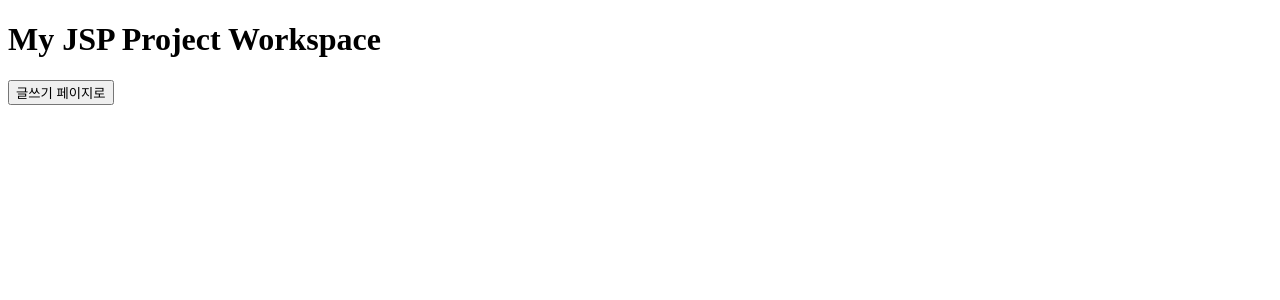
Repository: gajami-kim/240430_JSPJSTL_Study
Page: http://localhost/jsp_study2/
An editor plug-in stored every save of this project. The page is shown before and after the next save, followed by the edit.
The browser window is 1280 px wide. The pictures show the whole page.
The page is served by Tomcat 9.

Above is the page before, as saved 2024-04-16 06:26:30.

After the next save:
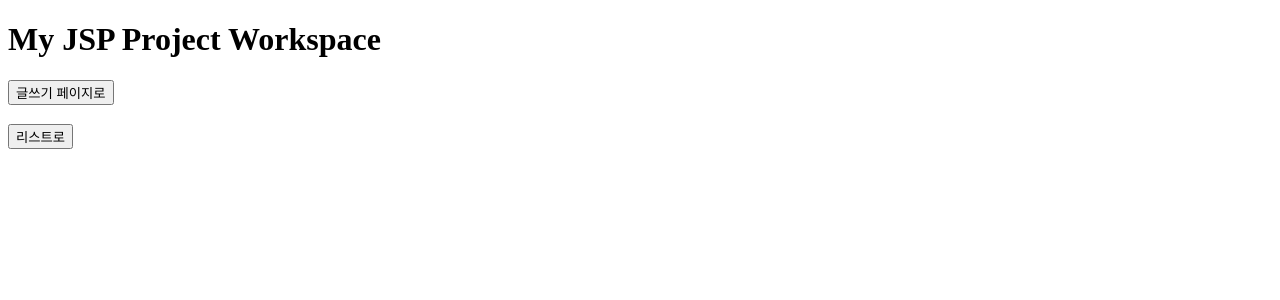
Saved 101 s later.
--- a/_jsp_workspace2/jsp_study2/src/main/webapp/index.jsp
+++ b/_jsp_workspace2/jsp_study2/src/main/webapp/index.jsp
@@ -9,5 +9,6 @@
 <body>
 	<h1>My JSP Project Workspace</h1>
 	<h3> <a href="/brd/register"> <button>글쓰기 페이지로</button></a> </h3>
+	<h3> <a href="/brd/list"> <button>리스트로</button> </a> </h3>
 </body>
 </html>
